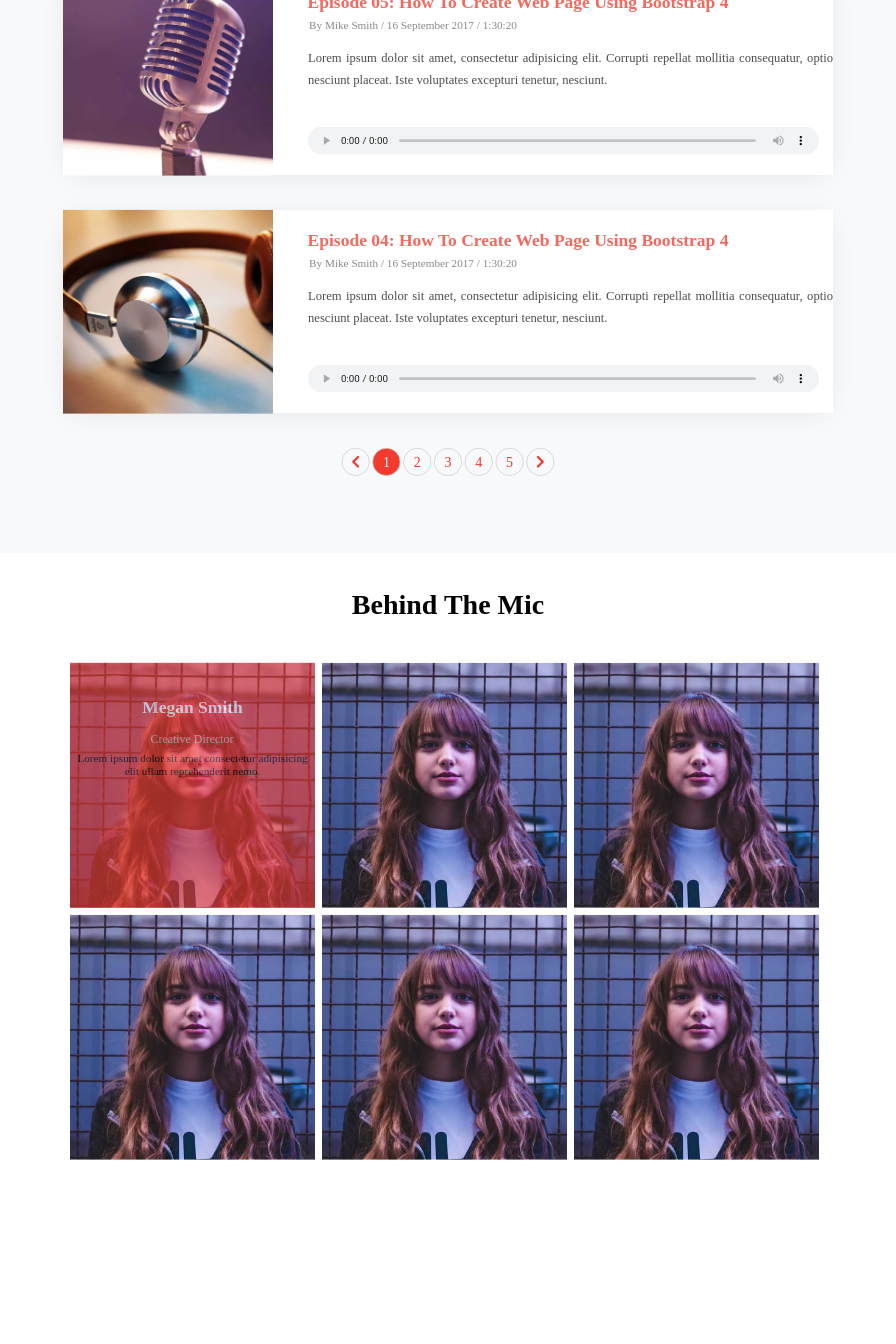
Repository: nhutduy0803/template2
Page: index.html
The author's editor kept a copy of each file at every save. The page is drawn from the files as they stood at one save, then again after the next save.
The browser window is 1280 px wide. The pictures show the part of the page from y = 2077 to 3997 px (the page is 3997 px tall), at 70% of full size.

Above is the page before, as saved 2021-12-09 14:44:11.

After the next save:
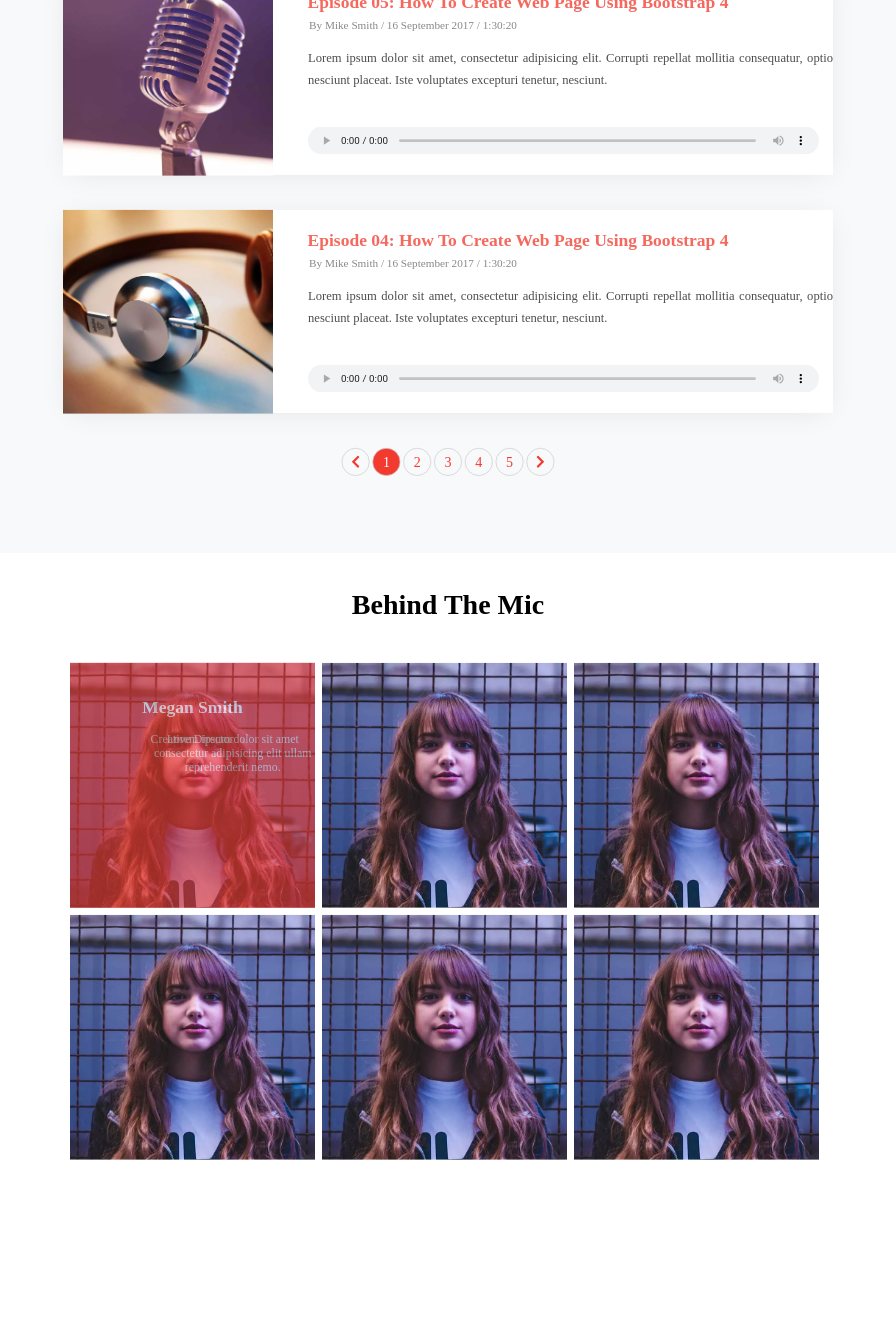
Saved 24 s later.
--- a/assets/css/style.css
+++ b/assets/css/style.css
@@ -391,3 +391,11 @@
   color: #ddd;
   font-size: 17px;
 }
+
+.content-behind p {
+  position: absolute;
+  top: 100px;
+  left: 115px;
+  color: #ddd;
+  font-size: 17px;
+}
